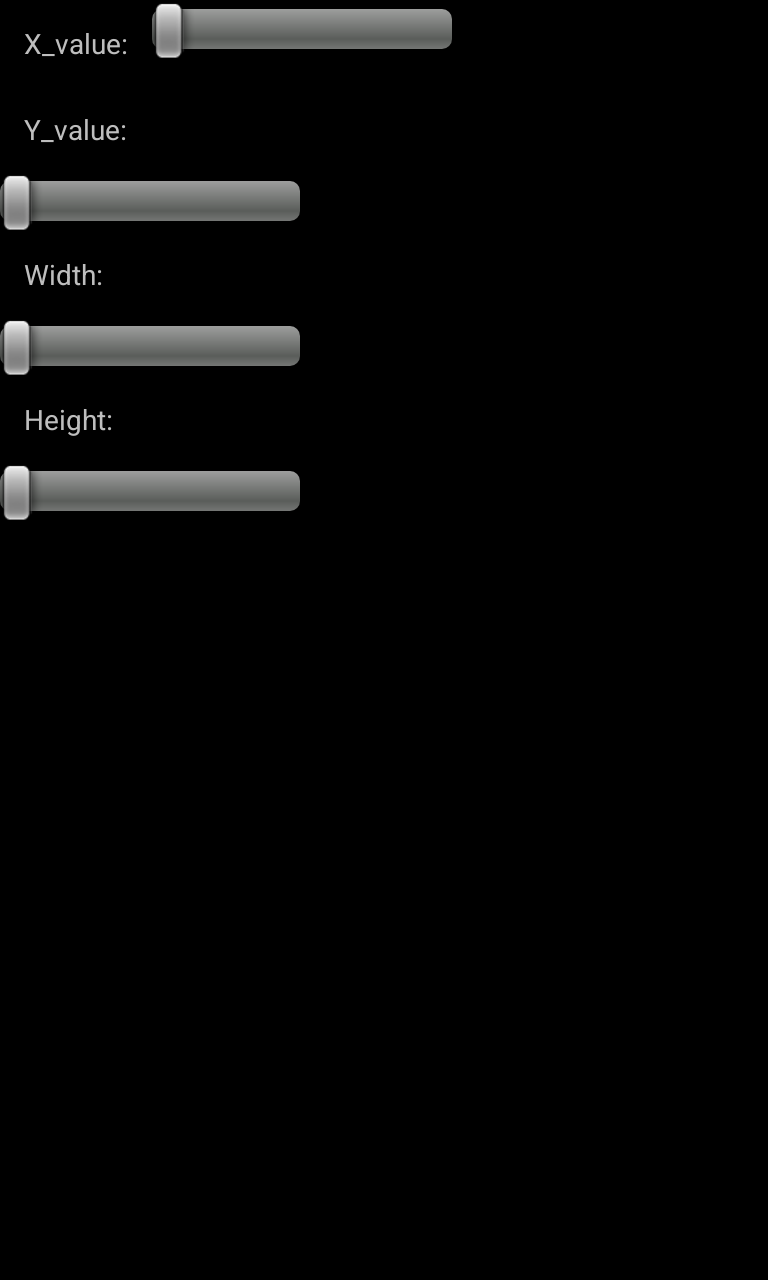
Repository: hzhang15/AndroidForm
Layout: workspace/demo_form_field/res/layout/test.xml
The author's editor kept a copy of each file at every save. The layout is drawn from the files as they stood at one save, then again after the next save.
It is drawn on a 768 x 1280 px phone screen (xhdpi) without system bars, with theme android:Theme; the app's code is not run.

Above is the layout before, as saved 2014-09-21 05:47:24.

### workspace/demo_form_field/res/layout/test.xml
<?xml version="1.0" encoding="utf-8"?>
<LinearLayout xmlns:android="http://schemas.android.com/apk/res/android"
    android:layout_width="fill_parent"
    android:layout_height="fill_parent"
    android:orientation="vertical"
    >
    <LinearLayout
        android:layout_width="wrap_content"
        android:layout_height="wrap_content"
        android:orientation="horizontal"
        >
    	<TextView
    	    android:layout_width="wrap_content"
            android:layout_height="wrap_content"
    	    android:padding="12dp"
    	    android:text="@string/x_value" />
        <TextView
            android:id="@+id/textview1"
            android:layout_width="wrap_content"
            android:layout_height="wrap_content" />
        <SeekBar
        android:id="@+id/seekBar1"
        android:layout_width="150dp"
        android:layout_height="wrap_content"
        android:layout_alignParentRight="true"
        android:max="100"/>
    </LinearLayout>

   <LinearLayout
        android:layout_width="wrap_content"
        android:layout_height="wrap_content"
        android:orientation="horizontal"
        >
    	<TextView
    	    android:layout_width="wrap_content"
            android:layout_height="wrap_content"
    	    android:padding="12dp"
    	    android:text="@string/y_value" />
        <TextView
            android:id="@+id/textview2"
            android:layout_width="wrap_content"
            android:layout_height="wrap_content" />

    </LinearLayout>

    	<SeekBar
        android:id="@+id/seekBar2"
        android:layout_width="150dp"
        android:layout_height="wrap_content"
        android:max="200"/>

    <LinearLayout
        android:layout_width="wrap_content"
        android:layout_height="wrap_content"
        android:orientation="horizontal"
        >
    	<TextView
    	    android:layout_width="wrap_content"
            android:layout_height="wrap_content"
    	    android:padding="12dp"
    	    android:text="@string/width" />
        <TextView
            android:id="@+id/textview3"
            android:layout_width="wrap_content"
            android:layout_height="wrap_content" />

    </LinearLayout>

    	<SeekBar
        android:id="@+id/seekBar3"
        android:layout_width="150dp"
        android:layout_height="wrap_content"
        android:max="150"/>

    <LinearLayout
        android:layout_width="wrap_content"
        android:layout_height="wrap_content"
        android:orientation="horizontal"
        >
    	<TextView
    	    android:layout_width="wrap_content"
            android:layout_height="wrap_content"
    	    android:padding="12dp"
    	    android:text="@string/height" />
        <TextView
            android:id="@+id/textview4"
            android:layout_width="wrap_content"
            android:layout_height="wrap_content" />

    </LinearLayout>

    	<SeekBar
        android:id="@+id/seekBar4"
        android:layout_width="150dp"
        android:layout_height="wrap_content"
        android:max="175"/>


</LinearLayout>

### workspace/demo_form_field/res/values/strings.xml
<?xml version="1.0" encoding="utf-8"?>
<resources>

    <string name="hello">Hello World, mainActivity!</string>
    <string name="test_name">Test_Page</string>
    <string name="app_name">Demo_form_field</string>
	<string name="hint">Please enter the text!</string>
	<string name="x_value">X_value:</string>
	<string name="y_value">Y_value:</string>
	<string name="width">Width:</string>
	<string name="height">Height:</string>


</resources>

After the next save:
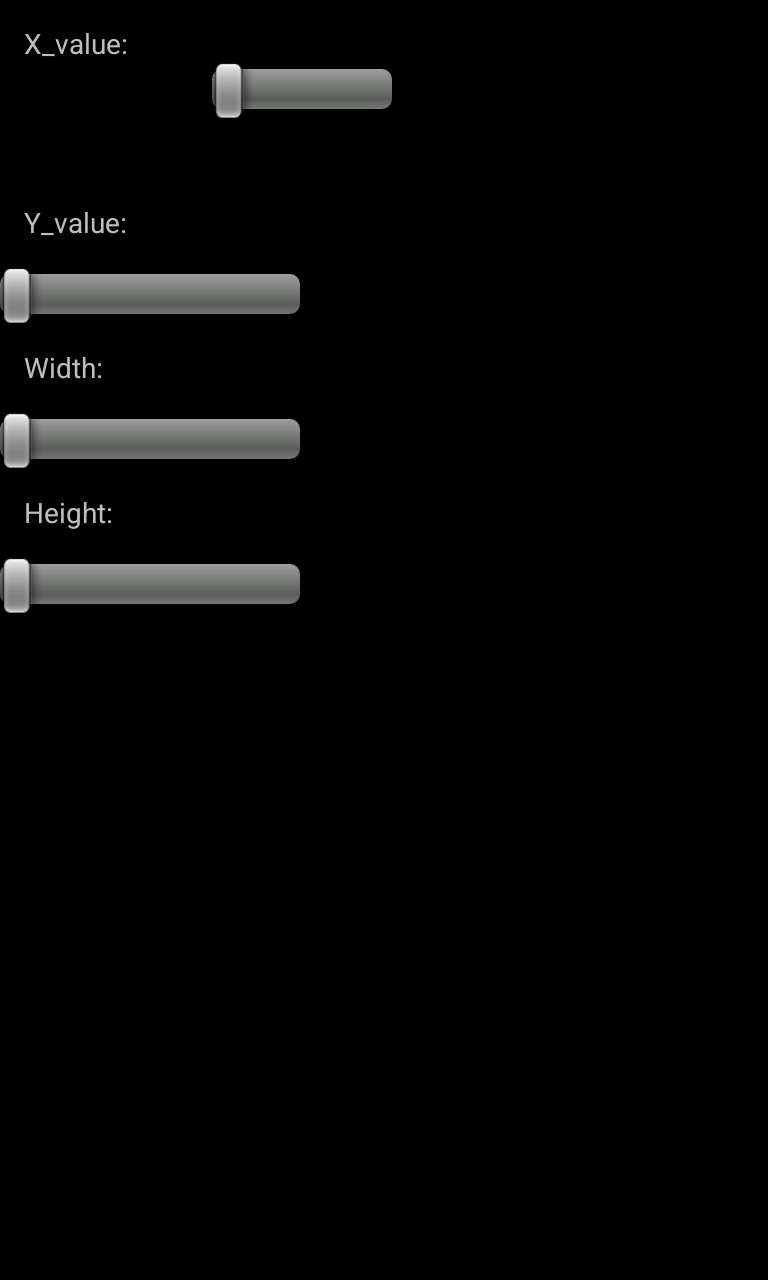
Saved 2 min 35 s later.
--- a/workspace/demo_form_field/res/layout/test.xml
+++ b/workspace/demo_form_field/res/layout/test.xml
@@ -22,7 +22,7 @@
         android:id="@+id/seekBar1"
         android:layout_width="150dp"
         android:layout_height="wrap_content"
-        android:layout_alignParentRight="true"
+        android:padding="30dp"
         android:max="100"/>
     </LinearLayout>
 
